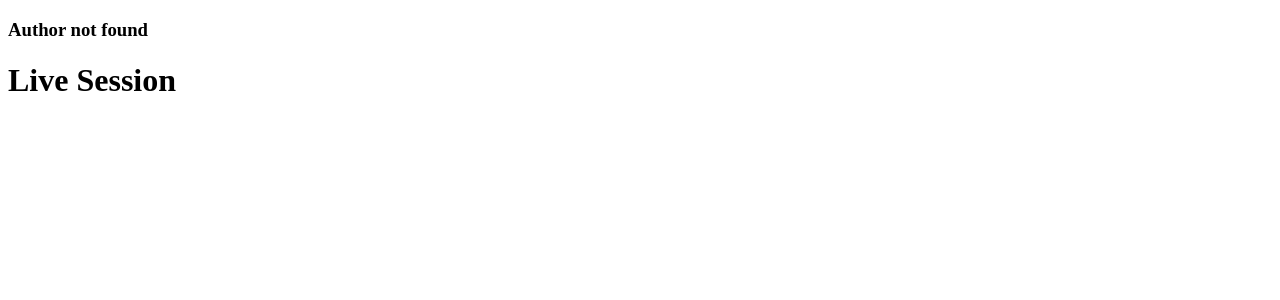
Repository: narendraiitm/may-2023-live-sessions
Page: index.html
These files come from the project's save history. The page is drawn as it stood at one moment and after the next save; the edit follows.
The browser window is 1280 px wide. The pictures show the whole page.

Above is the page before, as saved 2023-06-27 20:42:59.

### index.html
<!DOCTYPE html>
<html lang="en">
  <head>
    <meta charset="UTF-8" />
    <meta http-equiv="X-UA-Compatible" content="IE=edge" />
    <meta name="viewport" content="width=device-width, initial-scale=1.0" />
    <title>Document</title>
    <style>
      .danger {
        color: red;
      }
    </style>
  </head>
  <body>
    <div id="app"></div>
    <script src="https://cdn.jsdelivr.net/npm/vue@2/dist/vue.js"></script>
    <script src="./app.js"></script>
  </body>
</html>

### app.js
new Vue({
  // options object
  el: '#app',
  template: `
  <div>
    <h1 v-if = "!present" class={{className}}>
        {{blog.author}}
    </h1>
    <h3 v-else> Author not found </h3>
    <h1> {{blog.title}}</h1>
  </div>
  `,
  data: {
    blog: { author: 'Narendra', title: 'Live Session' },
    present: true,
    nPresent: false,
    className: 'danger',
  },
})

After the next save:
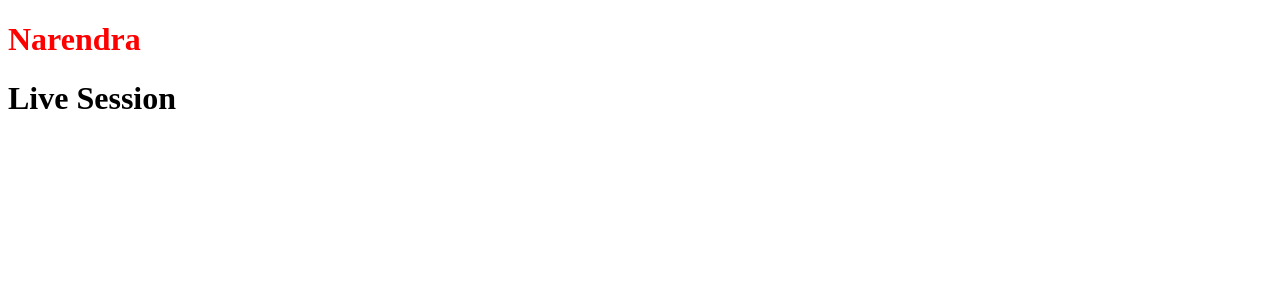
Saved 14 s later.
--- a/app.js
+++ b/app.js
@@ -3,7 +3,7 @@ new Vue({
   el: '#app',
   template: `
   <div>
-    <h1 v-if = "!present" class={{className}}>
+    <h1 v-if = "present" class='danger'>
         {{blog.author}}
     </h1>
     <h3 v-else> Author not found </h3>
